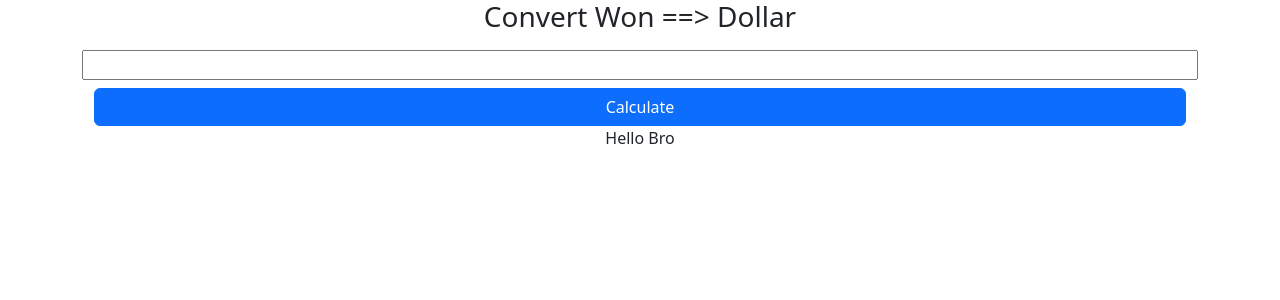
Repository: LeGrandMAG/magCalculator
Page: index.html
These files come from the project's save history. The page is drawn as it stood at one moment and after a run of saves; the edit follows.
The browser window is 1280 px wide. The pictures show the whole page.

Above is the page before, as saved 2022-05-26 13:15:00.

### index.html
<!DOCTYPE html>
<html lang="en">
<head>
    <meta charset="UTF-8">
    <meta http-equiv="X-UA-Compatible" content="IE=edge">
    <meta name="viewport" content="width=device-width, initial-scale=1.0">
    <link href="https://cdn.jsdelivr.net/npm/bootstrap@5.2.0-beta1/dist/css/bootstrap.min.css" rel="stylesheet" integrity="sha384-0evHe/X+R7YkIZDRvuzKMRqM+OrBnVFBL6DOitfPri4tjfHxaWutUpFmBp4vmVor" crossorigin="anonymous">
    <link rel="shortcut icon" href="assets/images/icon.ico"image/x-icon">
    <script src="app.js"></script>
    <link href="style.css" rel="stylesheet">
    <title>Price Calculator</title>
</head>
<body>


    <div class="container row">
        <h3>Convert Won ==> Dollar</h3>
        <input class="mt-2 mb-2" id="won" type="text">

        <form class="row"action="">

                <button onclick="myFunction()" class="btn btn-primary"> Calculate</button>
        </form>
    </div>
    <p id="okay">Hello Bro</p>


</body>
</html>

### app.js


function myFunction(){
        document.getElementById('okay').innerHTML = "doll"

        const love = document.getElementById('won')

        console.log(love)
}

### style.css
body{
    margin:auto;
    align-items: center;
    text-align: center;
}
.container{
    margin:auto;
    display: flex;
    justify-content: center;
    align-items: center;
}

.form-elem{
    margin-top: 10;
    margin-bottom: 10;
}

After the next 3 saves:
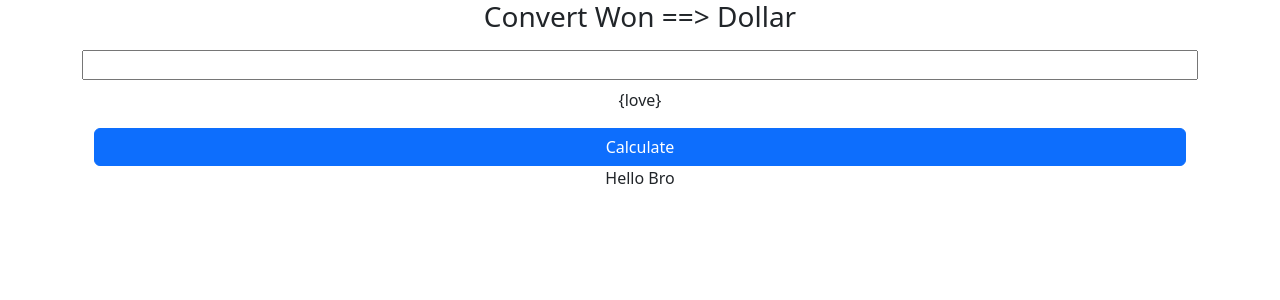
The 3 saves are shown as one change because they came seconds apart.
The last was saved 104 s later.
--- a/index.html
+++ b/index.html
@@ -16,6 +16,7 @@
     <div class="container row">
         <h3>Convert Won ==> Dollar</h3>
         <input class="mt-2 mb-2" id="won" type="text">
+        <p>{love}</p>
 
         <form class="row"action="">
 
